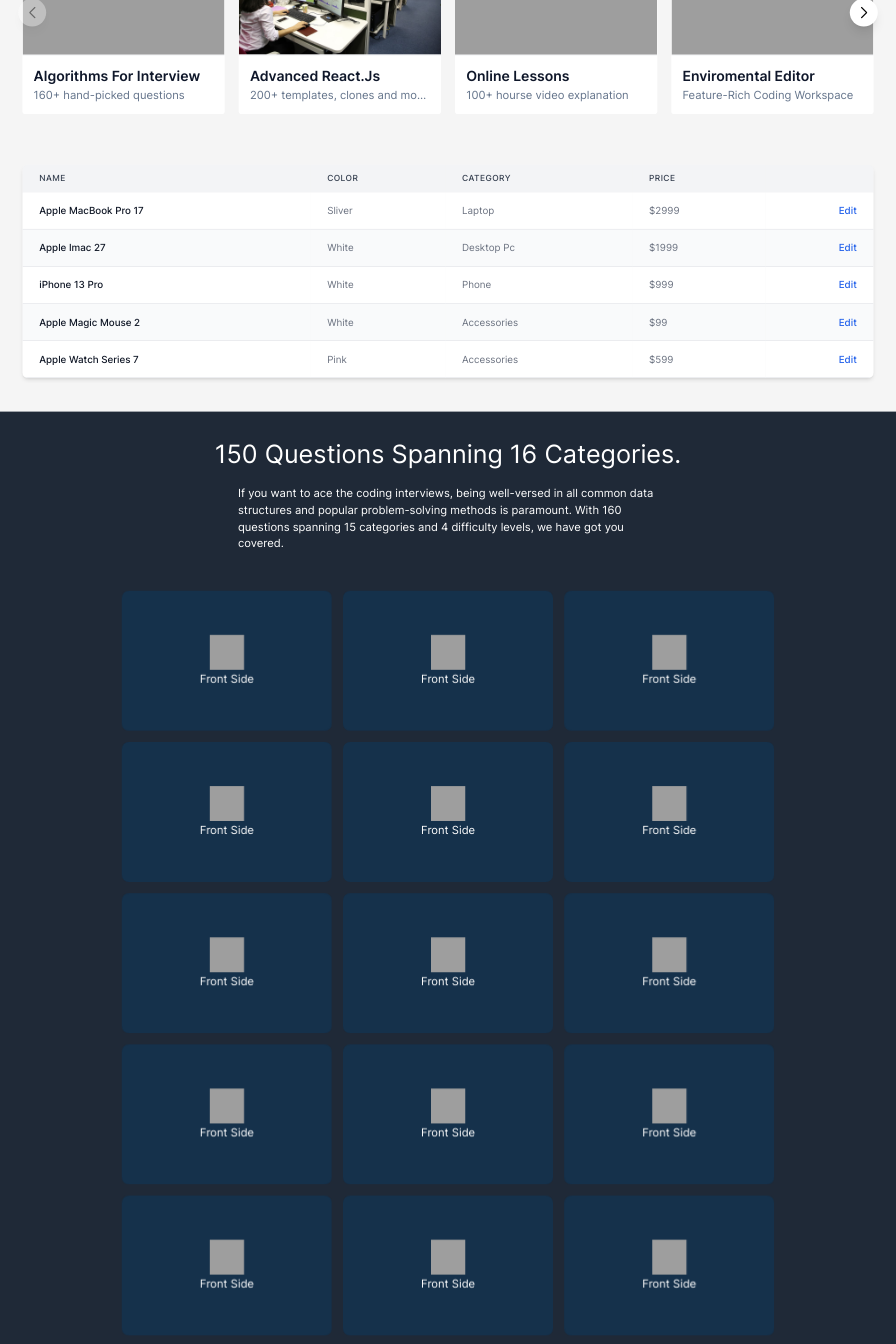
Repository: om1ars/Xjkey
Page: /
An editor plug-in stored every save of this project. The page is shown before and after the next save, followed by the edit.
The browser window is 1280 px wide. The pictures show the part of the page from y = 740 to 2660 px (the page is 3536 px tall before and 3640 px after), at 70% of full size.
Pictures or frames that could not be fetched are drawn as grey boxes. The project was rebuilt for these pictures with package versions that can differ from the ones it lists, and the page was loaded fresh each time. The framework's server and built-in components were replaced by stand-ins that run in the browser. Also part of the build but not shown: next.config.js.

Above is the page before, as saved 2022-03-19 01:35:45.

### src/pages/_app.tsx
import "@/css/fonts.css";
// Import Swiper styles
import "swiper/css";
import "swiper/css/free-mode";
import "swiper/css/scrollbar";
import "swiper/css/navigation";
//
import "@/css/main.scss";
import type { AppProps } from "next/app";
import { ThemeProvider } from "next-themes";
import { Header } from "@/components/Header";
import DefaultLayout from "@/layouts/DefaultLayout";

function MyApp({ Component, pageProps }: AppProps) {
  return (
    <ThemeProvider attribute="class" defaultTheme="system">
      <DefaultLayout>
        <Component {...pageProps} />
      </DefaultLayout>
    </ThemeProvider>
  );
}

export default MyApp;

### src/pages/_document.tsx
import NextDocument, {
  Html,
  Head,
  Main,
  NextScript,
  DocumentContext,
} from 'next/document';

export default class Document extends NextDocument {
  static async getInitialProps(ctx: DocumentContext) {
    const initialProps = await NextDocument.getInitialProps(ctx);
    return { ...initialProps };
  }

  render() {
    return (
      <Html lang='en' className='dark'>
        <Head>
          <link href='/favicons/site.webmanifest' rel='manifest' />
          <link href='/favicons/favicon.ico' rel='shortcut icon' />
          <link
            href='/favicons/apple-touch-icon.png'
            rel='apple-touch-icon'
            sizes='180x180'
          />
          <link
            href='/favicons/favicon-32x32.png'
            rel='icon'
            sizes='32x32'
            type='image/png'
          />
          <link
            href='/favicons/favicon-16x16.png'
            rel='icon'
            sizes='16x16'
            type='image/png'
          />
          <link
            rel='mask-icon'
            href='/favicons/safari-pinned-tab.svg'
            color='#6366f1'
          />
          <meta content='#ffffff' name='theme-color' />
          <meta content='#ffffff' name='msapplication-TileColor' />
          <meta
            content='/favicons/browserconfig.xml'
            name='msapplication-config'
          />
        </Head>
        <body className='dark:highlight-white/5 bg-neutral-100 text-slate-900 antialiased dark:bg-gray-800 dark:text-white'>
          <Main />
          <NextScript />
        </body>
      </Html>
    );
  }
}

### src/pages/index.tsx
import React from "react";
import SEO from "@/components/SEO";
import AboutUs from "@/components/HomeComponents/AboutUs";
import Hero from "@/components/HomeComponents/Hero";
import { FeaturedJobs } from "@/components/HomeComponents/FeaturedJobs";
import AlgoFlipCard from "@/components/HomeComponents/FlipCard";
import VideosComponents from "@/components/HomeComponents/VideosComponents";
import CompareTable from "@/components/HomeComponents/CompareTable";
export default function Home() {
  return (
    <>
      <SEO />
      <Hero />
      <main className="mx-auto max-w-screen-xl px-6 sm:px-8">
        <div className="mt-16 space-y-20">
          <FeaturedJobs />
        </div>
      </main>
      <main
        className="mx-auto max-w-screen-xl px-6 sm:px-8 "
        id="video-explanation"
      >
        <div className="mt-16 space-y-20">
          <CompareTable />
        </div>
      </main>
      <div className="mt-10 " id="flipCard">
        <AlgoFlipCard />
      </div>
      <main
        className="mx-auto max-w-screen-xl px-6 sm:px-8 "
        id="video-explanation"
      >
        <div className="mt-16 space-y-20">
          <VideosComponents />
        </div>
      </main>
    </>
  );
}

### src/css/fonts.css
@font-face {
  font-family: "Inter var";
  font-weight: 100 900;
  font-display: swap;
  font-style: normal;
  font-named-instance: "Regular";
  src: url("../fonts/Inter-roman-latin.var.woff2") format("woff2");
}

@font-face {
  font-family: "Inter var";
  font-weight: 100 900;
  font-display: swap;
  font-style: italic;
  font-named-instance: "Italic";
  src: url("../fonts/Inter-italic-latin.var.woff2") format("woff2");
}

### src/css/main.scss
@tailwind base;
@tailwind components;
@tailwind utilities;
@import "./flip-card.scss";
@layer base {
  .dark {
    color-scheme: dark;
  }
}

/* styling Swiper default navigations elements */
.swiper-button-next {
  background-color: theme("colors.white");
  height: 40px;
  width: 40px;
  border-radius: 100px;
  box-shadow: theme("boxShadow.lg");
  transition: all;
  transition-duration: 150ms;
}

html.dark .swiper-button-next {
  background-color: theme("colors.slate.600");
}

.swiper-button-next:hover {
  background-color: theme("colors.slate.200");
}

html.dark .swiper-button-next:hover {
  background-color: theme("colors.slate.400");
}

.swiper-button-next::after {
  color: black;
  font-size: 1rem;
  font-weight: bold;
}
html.dark .swiper-button-next::after {
  color: theme("colors.white");
}

.swiper-button-prev {
  background-color: theme("colors.white");
  height: 40px;
  width: 40px;
  border-radius: 100px;
  box-shadow: theme("boxShadow.lg");
  transition: all;
  transition-duration: 150ms;
}

html.dark .swiper-button-prev {
  background-color: theme("colors.slate.600");
}

.swiper-button-prev:hover {
  background-color: theme("colors.slate.200");
}

html.dark .swiper-button-prev:hover {
  background-color: theme("colors.slate.400");
}

.swiper-button-prev::after {
  color: black;
  font-size: 1rem;
  font-weight: bold;
}
html.dark .swiper-button-prev::after {
  color: theme("colors.white");
}

html.dark .swiper-scrollbar {
  background: rgb(255, 255, 255, 0.2);
}
html.dark .swiper-scrollbar-drag {
  background: rgb(255, 255, 255, 0.6);
}
/* end of styling Swiper default navigations elements */

### src/layouts/DefaultLayout.tsx
import Footer from "@/components/Footer";
import { Header } from "@/components/Header";
import React, { FC } from "react";

export default function DefaultLayout({ children }: any) {
  return (
    <div>
      <Header />
      <main>{children}</main>
      <Footer />
    </div>
  );
}

### src/components/SEO.tsx
import React from "react";
import Head from "next/head";

const defaultMeta = {
  title: "Job Seeking Landing Page - Miad V",
  description: "Exprimental Project",
};

const SEO: React.FC<any> = ({ children, ...customMeta }) => {
  const meta = {
    ...defaultMeta,
    ...customMeta,
  };
  return (
    <Head>
      <meta name="robots" content="noindex" />
      <title>{meta.title}</title>
      <meta name="description" content={meta.description} />
    </Head>
  );
};

export default SEO;

### src/components/HomeComponents/VideosComponents.tsx
import React from "react";

export default function VideosComponents() {
  return (
    <div className="flex justify-between text-justify sm:flex-col  md:flex-col lg:flex-row">
      <div className="w-6/12 pl-5 pr-5">
        <div>
          <h1 className="mb-3 text-4xl text-black">Our Videos Set Us Apart.</h1>
          <p>
            Lorem ipsum dolor sit amet consectetur, adipisicing elit. Unde
            architecto corporis obcaecati quis error autem impedit aliquid id
            fugiat pariatur doloremque, delectus voluptatibus maiores odit ipsa
            aspernatur dolorem quo non.
          </p>
        </div>
        <div className="mt-6 flex sm:flex-col md:flex-col lg:flex-row">
          <div className="mr-6 text-justify">
            <h3 className="mb-3 text-2xl text-black">Conceptual Overview</h3>
            <p>
              Lorem ipsum dolor sit amet, consectetur adipisicing elit. Quos
              beatae culpa eveniet error, nesciunt quo veritatis nihil debitis
              numquam enim totam dolorum esse perspiciatis incidunt labore,
              alias voluptatibus molestiae dignissimos!
            </p>
          </div>
          <div>
            <h3 className="mb-3 text-2xl text-black">Code Walkthrough</h3>
            <p>
              Lorem ipsum dolor sit amet, consectetur adipisicing elit. Quos
              beatae culpa eveniet error, nesciunt quo veritatis nihil debitis
              numquam enim totam dolorum esse perspiciatis incidunt labore,
              alias voluptatibus molestiae dignissimos!
            </p>
          </div>
        </div>
      </div>
      <div className="w-6/12 border"></div>
    </div>
  );
}

### src/components/HomeComponents/CompareTable.tsx
import React from "react";

export default function CompareTable() {
  return (
    <div>
      <div className="flex flex-col">
        <div className="overflow-x-auto sm:-mx-6 lg:-mx-8">
          <div className="inline-block min-w-full py-2 sm:px-6 lg:px-8">
            <div className="overflow-hidden shadow-md sm:rounded-lg">
              <table className="min-w-full">
                <thead className="bg-gray-100  dark:bg-gray-700">
                  <tr className="">
                    <th
                      scope="col"
                      className="py-3 px-6 text-left text-xs font-medium uppercase tracking-wider text-gray-700 dark:text-gray-400"
                    >
                      Name
                    </th>
                    <th
                      scope="col"
                      className="py-3 px-6 text-left text-xs font-medium uppercase tracking-wider text-gray-700 dark:text-gray-400"
                    >
                      Color
                    </th>
                    <th
                      scope="col"
                      className="py-3 px-6 text-left text-xs font-medium uppercase tracking-wider text-gray-700 dark:text-gray-400"
                    >
                      Category
                    </th>
                    <th
                      scope="col"
                      className="py-3 px-6 text-left text-xs font-medium uppercase tracking-wider text-gray-700 dark:text-gray-400"
                    >
                      Price
                    </th>
                    <th scope="col" className="relative py-3 px-6">
                      <span className="sr-only">Edit</span>
                    </th>
                  </tr>
                </thead>
                <tbody>
                  {/* Product 1 */}
                  <tr className="border-b odd:bg-white even:bg-gray-50 dark:border-gray-600 odd:dark:bg-gray-800 even:dark:bg-gray-700">
                    <td className="whitespace-nowrap py-4 px-6 text-sm font-medium text-gray-900 dark:text-white">
                      Apple MacBook Pro 17
                    </td>
                    <td className="whitespace-nowrap py-4 px-6 text-sm text-gray-500 dark:text-gray-400">
                      Sliver
                    </td>
                    <td className="whitespace-nowrap py-4 px-6 text-sm text-gray-500 dark:text-gray-400">
                      Laptop
                    </td>
                    <td className="whitespace-nowrap py-4 px-6 text-sm text-gray-500 dark:text-gray-400">
                      $2999
                    </td>
                    <td className="whitespace-nowrap py-4 px-6 text-right text-sm font-medium">
                      <a
                        href="#"
                        className="text-blue-600 hover:underline dark:text-blue-500"
                      >
                        Edit
                      </a>
                    </td>
                  </tr>
                  {/* Product 2 */}
                  <tr className="border-b odd:bg-white even:bg-gray-50 dark:border-gray-600 odd:dark:bg-gray-800 even:dark:bg-gray-700">
                    <td className="whitespace-nowrap py-4 px-6 text-sm font-medium text-gray-900 dark:text-white">
                      Apple Imac 27
                    </td>
                    <td className="whitespace-nowrap py-4 px-6 text-sm text-gray-500 dark:text-gray-400">
                      White
                    </td>
                    <td className="whitespace-nowrap py-4 px-6 text-sm text-gray-500 dark:text-gray-400">
                      Desktop Pc
                    </td>
                    <td className="whitespace-nowrap py-4 px-6 text-sm text-gray-500 dark:text-gray-400">
                      $1999
                    </td>
                    <td className="whitespace-nowrap py-4 px-6 text-right text-sm font-medium">
                      <a
                        href="#"
                        className="text-blue-600 hover:underline dark:text-blue-500"
                      >
                        Edit
                      </a>
                    </td>
                  </tr>
                  {/* Product 3 */}
                  <tr className="border-b odd:bg-white even:bg-gray-50 dark:border-gray-600 odd:dark:bg-gray-800 even:dark:bg-gray-700">
                    <td className="whitespace-nowrap py-4 px-6 text-sm font-medium text-gray-900 dark:text-white">
                      iPhone 13 Pro
                    </td>
                    <td className="whitespace-nowrap py-4 px-6 text-sm text-gray-500 dark:text-gray-400">
                      White
                    </td>
                    <td className="whitespace-nowrap py-4 px-6 text-sm text-gray-500 dark:text-gray-400">
                      Phone
                    </td>
                    <td className="whitespace-nowrap py-4 px-6 text-sm text-gray-500 dark:text-gray-400">
                      $999
                    </td>
                    <td className="whitespace-nowrap py-4 px-6 text-right text-sm font-medium">
                      <a
                        href="#"
                        className="text-blue-600 hover:underline dark:text-blue-500"
                      >
                        Edit
                      </a>
                    </td>
                  </tr>
                  {/* Product 4 */}
                  <tr className="border-b odd:bg-white even:bg-gray-50 dark:border-gray-600 odd:dark:bg-gray-800 even:dark:bg-gray-700">
                    <td className="whitespace-nowrap py-4 px-6 text-sm font-medium text-gray-900 dark:text-white">
                      Apple Magic Mouse 2
                    </td>
                    <td className="whitespace-nowrap py-4 px-6 text-sm text-gray-500 dark:text-gray-400">
                      White
                    </td>
                    <td className="whitespace-nowrap py-4 px-6 text-sm text-gray-500 dark:text-gray-400">
                      Accessories
                    </td>
                    <td className="whitespace-nowrap py-4 px-6 text-sm text-gray-500 dark:text-gray-400">
                      $99
                    </td>
                    <td className="whitespace-nowrap py-4 px-6 text-right text-sm font-medium">
                      <a
                        href="#"
                        className="text-blue-600 hover:underline dark:text-blue-500"
                      >
                        Edit
                      </a>
                    </td>
                  </tr>
                  {/* Product 5 */}
                  <tr className="border-b odd:bg-white even:bg-gray-50 dark:border-gray-600 odd:dark:bg-gray-800 even:dark:bg-gray-700">
                    <td className="whitespace-nowrap py-4 px-6 text-sm font-medium text-gray-900 dark:text-white">
                      Apple Watch Series 7
                    </td>
                    <td className="whitespace-nowrap py-4 px-6 text-sm text-gray-500 dark:text-gray-400">
                      Pink
                    </td>
                    <td className="whitespace-nowrap py-4 px-6 text-sm text-gray-500 dark:text-gray-400">
                      Accessories
                    </td>
                    <td className="whitespace-nowrap py-4 px-6 text-sm text-gray-500 dark:text-gray-400">
                      $599
                    </td>
                    <td className="whitespace-nowrap py-4 px-6 text-right text-sm font-medium">
                      <a
                        href="#"
                        className="text-blue-600 hover:underline dark:text-blue-500"
                      >
                        Edit
                      </a>
                    </td>
                  </tr>
                </tbody>
              </table>
            </div>
          </div>
        </div>
      </div>
    </div>
  );
}

### src/css/flip-card.scss
.algo_flip_card_container {
  width: 100%;
  padding: 40px;
  height: 100%;
  background: #1f2937;
  //   display: flex;
  justify-content: center;
  align-items: center;
}
.services-box {
  display: flex;
  justify-content: center;
  align-items: center;
  flex-wrap: wrap;
}

.service {
  margin: 8px;
}

.flip-box {
  background-color: transparent;
  width: 300px;
  height: 200px;
  //   border: 1px solid #15314b;
  border-radius: 10px;
  perspective: 1000px;
}

.flip-box-inner {
  position: relative;
  width: 100%;
  height: 100%;
  text-align: center;
  transition: transform 0.4s;
  transform-style: preserve-3d;

  display: flex;
  justify-content: center;
  align-items: center;
}

.flip-box:hover .flip-box-inner {
  transform: rotateY(180deg);
}

.flip-box-front,
.flip-box-back {
  position: absolute;
  width: 100%;
  height: 100%;
  -webkit-backface-visibility: hidden;
  backface-visibility: hidden;

  display: flex;
  justify-content: center;
  align-items: center;
  flex-direction: column;
}

.flip-box-front {
  background-color: #15314b;
  color: white;
  border-radius: 10px;
}

.flip-box-front img {
  height: 50px;
  width: 50px;
}

.flip-box-back {
  background-color: #15314b;
  color: white;
  transform: rotateY(180deg);
  border-radius: 10px;
  padding: 16px;
}

### src/components/Footer.tsx
import React from "react";

export default function Footer() {
  return (
    <div>
      <div className="bg-darkBg text-whiteBg flex flex-col items-center justify-center pl-48 pr-48 pt-16 pb-10">
        <div className="lg:flex sm:flex md:flex sm:flex-wrap md:flex-wrap ">
          <div className="ml-4 flex ">
            <span className="mr-2 ml-2">Contact us</span>
            <div className=" ml-2 w-0.5 bg-gray-500"></div>
          </div>
          <div className="ml-4 flex ">
            <span className="mr-2 ml-2">FAQ</span>
            <div className=" ml-2 w-0.5 bg-gray-500"></div>
          </div>
          <div className="ml-4 flex ">
            <span className="mr-2 ml-2">Reviews</span>
            <div className=" ml-2 w-0.5 bg-gray-500"></div>
          </div>
          <div className="ml-4 flex ">
            <span className="mr-2 ml-2">Blog</span>
            <div className=" ml-2 w-0.5 bg-gray-500"></div>
          </div>
          <div className="ml-4 flex ">
            <span className="mr-2 ml-2">Jobs</span>
            <div className=" ml-2 w-0.5 bg-gray-500"></div>
          </div>
          <div className="ml-4 flex ">
            <span className="mr-2 ml-2 ">Legal stuff</span>
          </div>

        </div>
        <div className="mt-6">
          <span>Copyright © 2017-2022 EzCode LLC. All rights reserved.</span>
        </div>
      </div>
    </div>
  );
}

### src/components/Logo.tsx
import clsx from "clsx";
import React from "react";

export default function Logo() {
  return (
    <span
      className={clsx(
        "bg-gradient-to-r from-fuchsia-800 via-purple-600 to-indigo-800 bg-clip-text align-middle text-3xl font-black tracking-widest text-transparent"
      )}
    >
      HIREDLi
    </span>
  );
}

### src/utils/assertions.ts
export const __DEV__ = process.env.NODE_ENV !== "production";

Loaded but not shown: tailwind.config.js (18 lines, source omitted); src/components/Header.tsx (699 lines, source omitted); src/components/HomeComponents/FlipCard.tsx (283 lines, source omitted); src/components/HomeComponents/AuthenticationDialog.tsx (206 lines, source omitted); src/components/ThemeToggle.tsx (220 lines, source omitted); src/components/HomeComponents/Hero.tsx (170 lines, source omitted); src/components/HomeComponents/FeaturedJobs.tsx (143 lines, source omitted); src/components/Button/index.tsx (185 lines, source omitted)

After the next save:
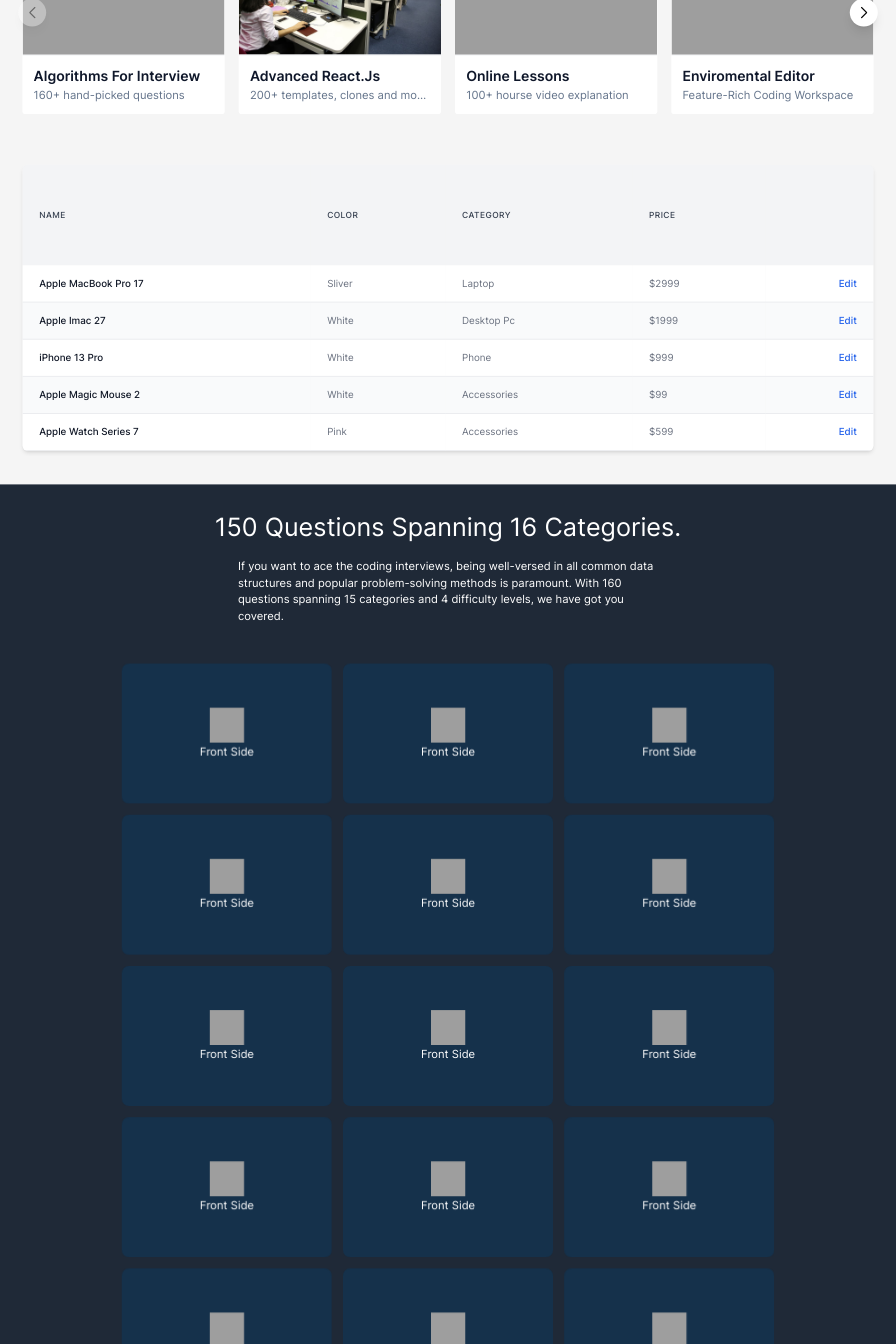
Saved 5 s later.
--- a/src/components/HomeComponents/CompareTable.tsx
+++ b/src/components/HomeComponents/CompareTable.tsx
@@ -12,7 +12,7 @@
                   <tr className="">
                     <th
                       scope="col"
-                      className="py-3 px-6 text-left text-xs font-medium uppercase tracking-wider text-gray-700 dark:text-gray-400"
+                      className="py-3 pt-16 pb-16 px-6 text-left text-xs font-medium uppercase tracking-wider text-gray-700 dark:text-gray-400"
                     >
                       Name
                     </th>
